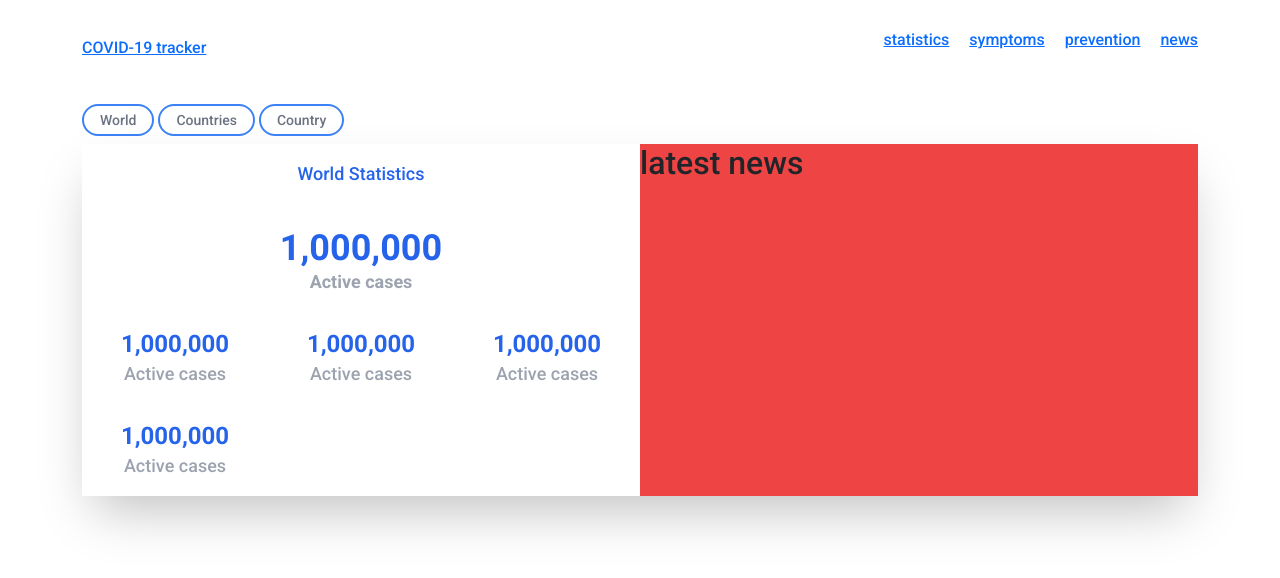
Repository: latenightsnacc/covid-19tracker
Page: design/index.html
An editor plug-in stored every save of this project. The page is shown before and after the next save, followed by the edit.
The browser window is 1280 px wide. The pictures show the whole page.
Some web libraries are served in a nearby version.

Above is the page before, as saved 2021-07-22 16:44:01.

After the next save:
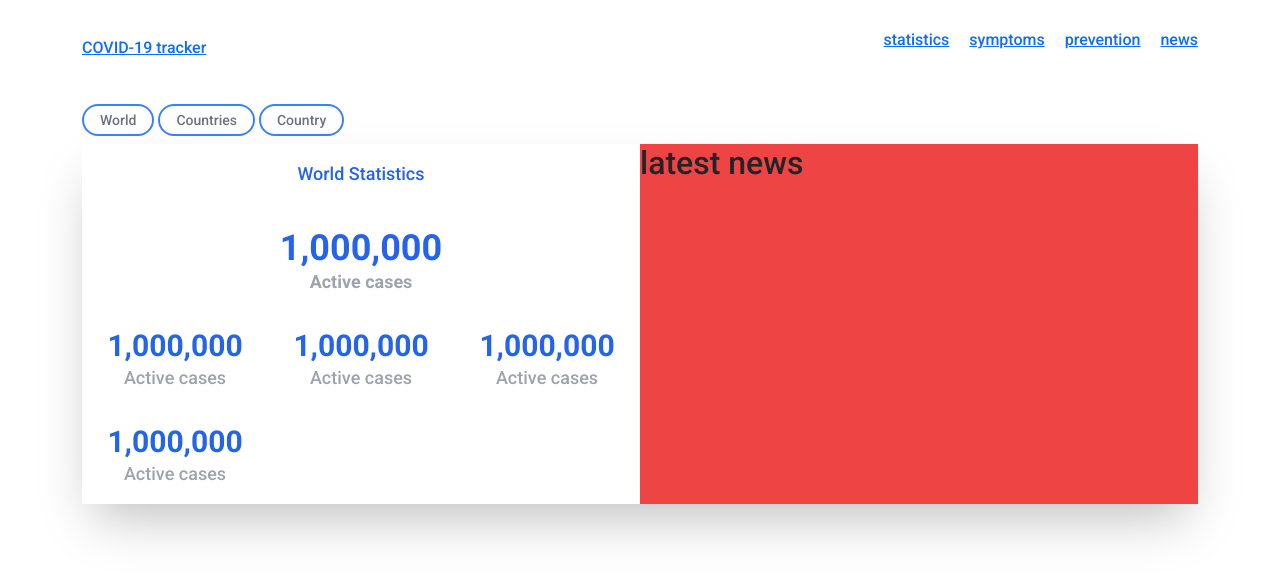
Saved 18 h 20 min later.
--- a/design/index.html
+++ b/design/index.html
@@ -82,19 +82,19 @@
                         </div>
                         <div class="grid grid-rows-auto grid-cols-3">
                             <div class="flex flex-col items-center justify-center p-3">
-                                <span class="text-2xl text-blue-600 font-bold">1,000,000</span>
+                                <span class="text-3xl text-blue-600 font-bold">1,000,000</span>
                                 <span class="text-lg text-gray-400 font-semi">Active cases</span>
                             </div>
                             <div class="flex flex-col items-center justify-center p-3">
-                                <span class="text-2xl text-blue-600 font-bold">1,000,000</span>
+                                <span class="text-3xl text-blue-600 font-bold">1,000,000</span>
                                 <span class="text-lg text-gray-400 font-semi">Active cases</span>
                             </div>
                             <div class="flex flex-col items-center justify-center p-3">
-                                <span class="text-2xl text-blue-600 font-bold">1,000,000</span>
+                                <span class="text-3xl text-blue-600 font-bold">1,000,000</span>
                                 <span class="text-lg text-gray-400 font-semi">Active cases</span>
                             </div>
                             <div class="flex flex-col items-center justify-center p-3">
-                                <span class="text-2xl text-blue-600 font-bold">1,000,000</span>
+                                <span class="text-3xl text-blue-600 font-bold">1,000,000</span>
                                 <span class="text-lg text-gray-400 font-semi">Active cases</span>
                             </div>
                         </div>
